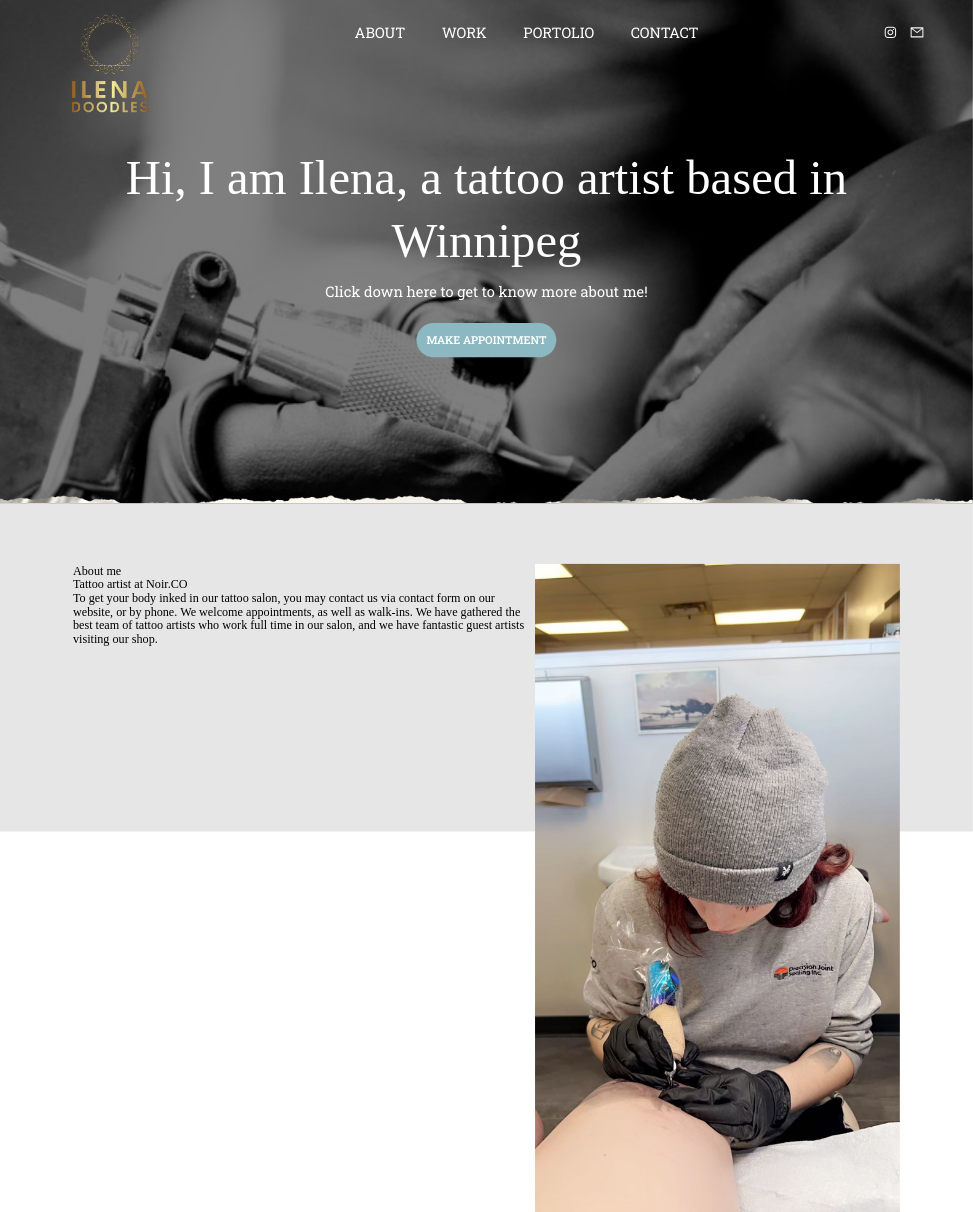
Repository: Leoka2000/Ilena
Page: /
An editor plug-in stored every save of this project. The page is shown before and after the next save, followed by the edit.
The browser window is 1280 px wide. The pictures show the whole page, at 76% of full size.
Some web fonts or font styles are not loaded; a fallback is used. The project was rebuilt for these pictures with package versions that can differ from the ones it lists, and the page was loaded fresh each time. Also part of the build but not shown: src/App.css.

Above is the page before, as saved 2023-03-02 13:30:53.

### public/index.html
<!DOCTYPE html>
<html lang="en">
  <head>
    <meta charset="utf-8" />
    <link rel="icon" href="%PUBLIC_URL%/favicon.ico" />
    <meta name="viewport" content="width=device-width, initial-scale=1" />
    <meta name="theme-color" content="#000000" />
    <meta
      name="description"
      content="Web site created using create-react-app"
    />
    <link rel="apple-touch-icon" href="%PUBLIC_URL%/logo192.png" />
    <!--
      manifest.json provides metadata used when your web app is installed on a
      user's mobile device or desktop. See https://developers.google.com/web/fundamentals/web-app-manifest/
    -->

    <!-- Gloock -->
    <link rel="preconnect" href="https://fonts.googleapis.com">
<link rel="preconnect" href="https://fonts.gstatic.com" crossorigin>
<link href="https://fonts.googleapis.com/css2?family=Fira+Sans+Extra+Condensed:wght@300&family=Inter:wght@300;400;500;600;700&family=Roboto+Condensed:wght@300&family=Roboto+Slab:wght@400;500;600&display=swap" rel="stylesheet">
    <!-- Gloock -->
    <!-- FONT MULISH -->
    <link rel="preconnect" href="https://fonts.googleapis.com">
<link rel="preconnect" href="https://fonts.gstatic.com" crossorigin>
<link href="https://fonts.googleapis.com/css2?family=Fira+Sans+Extra+Condensed:wght@300&family=Inter:wght@300;400;500;600;700&family=Roboto+Condensed:wght@300&family=Roboto+Slab:wght@400;500;600&display=swap" rel="stylesheet">
    <!-- FONT MULISH -->
    <link rel="manifest" href="%PUBLIC_URL%/manifest.json" />
    <!--
      Notice the use of %PUBLIC_URL% in the tags above.
      It will be replaced with the URL of the `public` folder during the build.
      Only files inside the `public` folder can be referenced from the HTML.

      Unlike "/favicon.ico" or "favicon.ico", "%PUBLIC_URL%/favicon.ico" will
      work correctly both with client-side routing and a non-root public URL.
      Learn how to configure a non-root public URL by running `npm run build`.
    -->
    <title>React App</title>
  </head>
  <body>
    <noscript>You need to enable JavaScript to run this app.</noscript>
    <div id="root"></div>
    <!--
      This HTML file is a template.
      If you open it directly in the browser, you will see an empty page.

      You can add webfonts, meta tags, or analytics to this file.
      The build step will place the bundled scripts into the <body> tag.

      To begin the development, run `npm start` or `yarn start`.
      To create a production bundle, use `npm run build` or `yarn build`.
    -->
  </body>
</html>

### src/App.js
import Home from './pages/home/home'
import './App.css';
import Navbar from './components/navbar';

function App() {
  return (
    <>
      <Navbar/>
    <Home/>
    </>
  );
}

export default App;

### src/pages/home/home.js
import React from 'react'
import Hero from '../hero/hero'
import About from '../about/about'


const home = () => {
  return (
    <>
      <Hero/>
      <About/>
    </>
  )
}

export default home

### src/components/navbar.jsx
import React, { useRef, useState } from 'react'
import './navbar.css'
import { AiOutlineInstagram } from 'react-icons/ai'
import { AiOutlineMail } from 'react-icons/ai'
import Logo from '../assets/brand/logo.png'
import { FaBars } from 'react-icons/fa'
import { FaTimes } from 'react-icons/fa'
import { Link } from 'react-scroll'

const Navbar = () => {
  const navRef = useRef();

  const showNavbar = () => {
    navRef.current.classList.toggle("responsive_nav");
  };

  return (
    <div className='navbar-renderer'>
      <nav ref={navRef}>
        <img src={Logo} />
        <ul>
          <li><Link onClick={showNavbar} spy={true} smooth={true} offset={100} duration={500}>ABOUT</Link></li>
          <li><Link onClick={showNavbar} spy={true} smooth={true} offset={100} duration={500}>WORK</Link></li>
          <li><Link onClick={showNavbar} spy={true} smooth={true} offset={100} duration={500}>PORTOLIO</Link></li>
          <li><Link onClick={showNavbar} spy={true} smooth={true} offset={100} duration={500}>CONTACT</Link></li>
        </ul>
        <div className='navbar-icons-wrapper'>
          <a><AiOutlineInstagram /></a>
          <a><AiOutlineMail /></a>
        </div>
        <button
          className="close"
          onClick={showNavbar}>
          <FaTimes />
        </button>
      </nav>

      <button onClick={showNavbar} className='bars-button'>
        <FaBars className='bars' />
      </button>
    </div>
  )
}

export default Navbar

### src/pages/hero/hero.js
import React from 'react'
import './hero.css'

const hero = () => {
  return (
    <section className='hero-section'>
      <h1>Hi, I am Ilena, a tattoo artist based in Winnipeg</h1>
      <p>Click down here to get to know more about me!</p>
      <button>MAKE APPOINTMENT</button>
    </section>
  )
}

export default hero

### src/pages/about/about.jsx
import React from 'react'
import './about.css'
import Ilena from '../../assets/brand/Illena.jpg'

const About = () => {
  return (
    <section className='about-section'>
      <div className='left-about'>
        <h1>About me</h1>
        <h3>Tattoo artist at Noir.CO</h3>
        <p>To get your body inked in our tattoo salon, you may contact us via contact form on our website, or by phone. We welcome appointments, as well as walk-ins. We have gathered the best team of tattoo artists who work full time in our salon, and we have fantastic guest artists visiting our shop.</p>
      </div>
      <div className='right-about'>
        <div className='img-thumbnail'><img src={Ilena}/></div>
      </div>
    </section>
  )
}

export default About

### src/components/navbar.css
.navbar-renderer {
    display: flex;
    justify-content: center;
    position:absolute;
    width: 100%;
    z-index: 1;
}
nav {
    display: flex;
    height: 85px;
background-color: transparent;
justify-content: space-between;
align-items: center;
width: 90%;
font-family: 'Fira Sans Extra Condensed', sans-serif;
font-family: 'Inter', sans-serif;
font-family: 'Roboto Condensed', sans-serif;
font-family: 'Roboto Slab', serif;

}
nav > img {
width: 10rem;
height: 10rem;
margin-top: 5rem;
}

nav > ul {
    display: flex;
    gap: 3rem;
    font-size: 1.2rem;
    color: white;
}
nav > ul > li:hover {
    color: rgb(133, 113, 0);
}
nav > ul > li {
   list-style: none;
   cursor: pointer;
   transition: 0.5s;

}
.navbar-icons-wrapper {
    display: flex;
    color: whitesmoke;
    font-size: 1.2rem;
    gap: 1rem;

}
.navbar-icons-wrapper > a > svg {
    transition: 0.4s;
}
.navbar-icons-wrapper > a > svg:hover {
    cursor: pointer;
    color: rgb(133, 113, 0);
}
.bars-button {
    position: fixed;
    right: 10rem;
    font-size: 2rem;
    background-color: transparent;
    outline: none;
    border: none;
    cursor: pointer;
    display: none;
}
.close {
    display: none;
}
@media only screen and (max-width: 1024px) {
    .bars-button {
        position: fixed;
        right: 1.5em;
        top: 1.5rem;
        font-size: 2rem;
        background-color: transparent;
        outline: none;
        border: none;
        cursor: pointer;
        display: flex;
    }
    .close {
        position: absolute;
		top: 1.5rem;
		right: 1.5rem;
        color: rgb(0, 0, 0);
        background: transparent;
	border: none;
	outline: none;
    display: flex;
    font-size: 1.7rem;
    cursor: pointer;
     }
    .responsive_nav{
		transform: none;
        display: flex;
        justify-content: flex-start;
		width: 100%;


	}
	nav {
        position: fixed;
		top: 0rem;
		left: 0rem;
		height: 100%;
		width: 100%;
		display: flex;
		flex-direction: column;
		align-items: center;
		justify-content: flex-start;
		gap: 2rem;
        text-align: center;
		padding-top: 5rem;
		transition: 0.8s;
		transform: translateY(-200vh);
        color: #677294;
		/* IMPORTANTE */
		background-color: rgb(206, 206, 206);
        z-index: 50;
	/* aqui que a magica acontece, esse é mt importante */
	}
}

### src/pages/hero/hero.css
.hero-section {
  position: relative;
  padding: 12rem 0 12rem 0;
  background-image: url('../../assets/brand/hero-img.png');
  object-fit: contain;
  background-position: top;
  background-attachment: scroll;
  z-index: 0;
  display: flex;
  justify-content: center;
  flex-direction: column;
  align-items: center;
  text-align: center;
  color: white;
  gap: 0.8rem;
}

.hero-section::after {
    position: absolute; /*IMPORTANT!*/
    background-color: transparent;
    content: "";
    width: 100%;
    height: 10px;
    mix-blend-mode:difference;
    left: 0;
    z-index: 1;
    bottom: 0rem;
background: url(../../assets/brand/overlay-bottom.png);
}
.hero-section::before {
  content: "";
  position: absolute;
  top: 0;
  left: 0;
  width: 100%;
  height: 100%;
  background-color: rgba(0, 0, 0, 0.5); /* adjust the opacity as needed */
  filter: brightness(0.7); /* apply the filter to the overlay */
  z-index: -1;
}

.hero-section > h1 {
  font-family: 'Gloock', serif;
  font-size: 4rem;
  width: 80%;
  filter: brightness(100%);
  color: rgb(255, 255, 255);
  line-height: 1.3;
}

.hero-section > p {
  color: rgb(255, 255, 255);
  font-size: 1.2rem;
font-family: 'Roboto Slab', serif;

}
.hero-section > button {
    background: #8bb8c1;
    padding: 0.8rem;
    border-radius: 24px;
    border: none;
    color: white;
    font-family: 'Roboto Slab', serif;
    margin-top: 1rem;
    font-weight: 900;
    font-size: 0.9rem;
    cursor: pointer;
    z-index: 0;
    transition: 0.3s;
    transform: scale(1,1);
}

.hero-section > button:hover {
    background: #ffffff;
   color: black;
    font-size: 0.9rem;
    z-index: 0;
}

### src/pages/about/about.css
.about-section {
    padding: 5rem 6rem 2rem 6rem;
    background-color: #e6e6e6;
    display: flex;
}
.left-about {

}
.right-about > .img-thumbnail {
    width: 30rem;
    height: 20rem
}

Loaded but not shown: src/index.js (common file); src/index.css (common file)

After the next save:
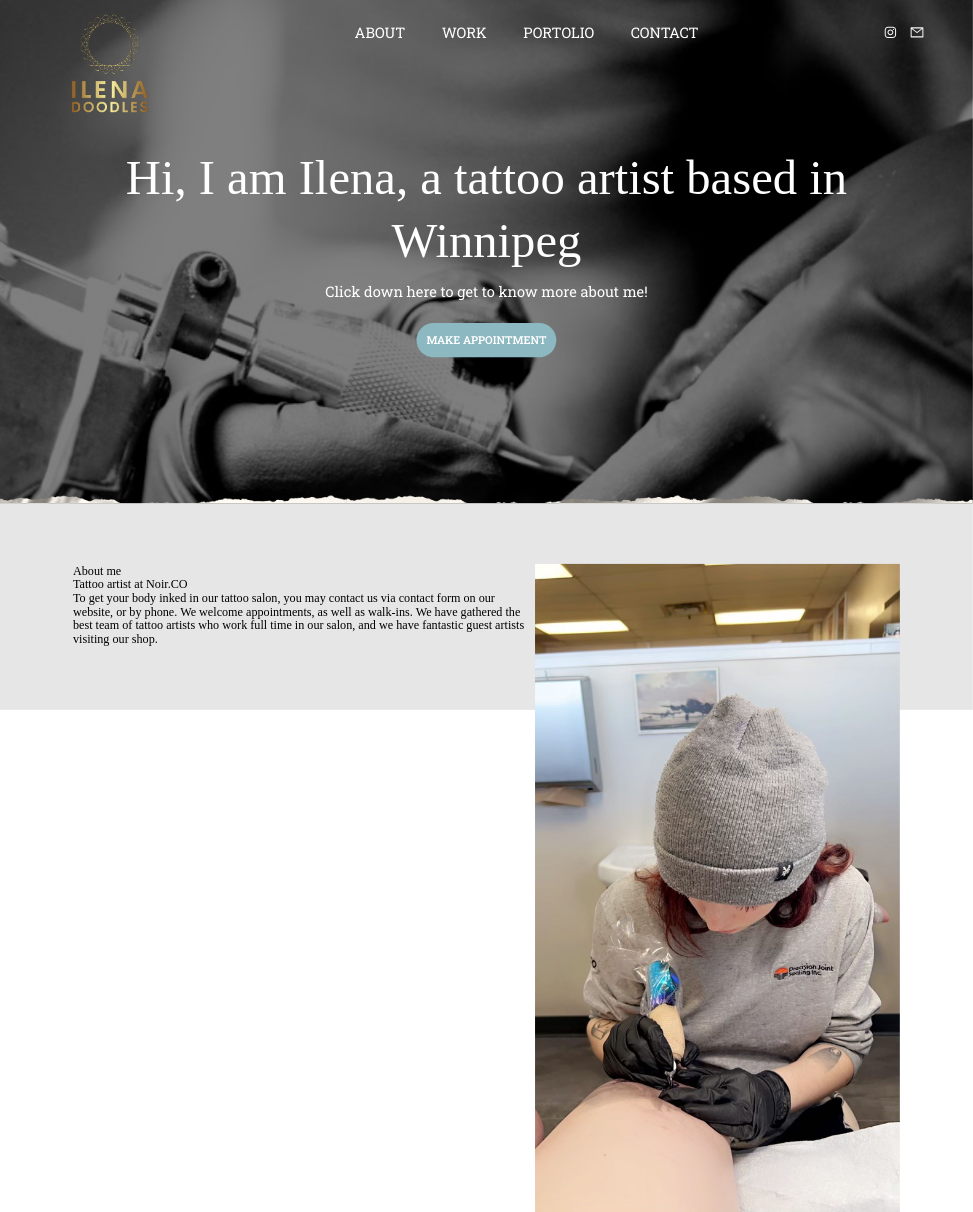
Saved 12 s later.
--- a/src/pages/about/about.css
+++ b/src/pages/about/about.css
@@ -8,5 +8,5 @@
 }
 .right-about > .img-thumbnail {
     width: 30rem;
-    height: 20rem
+    height: 10rem
 }
